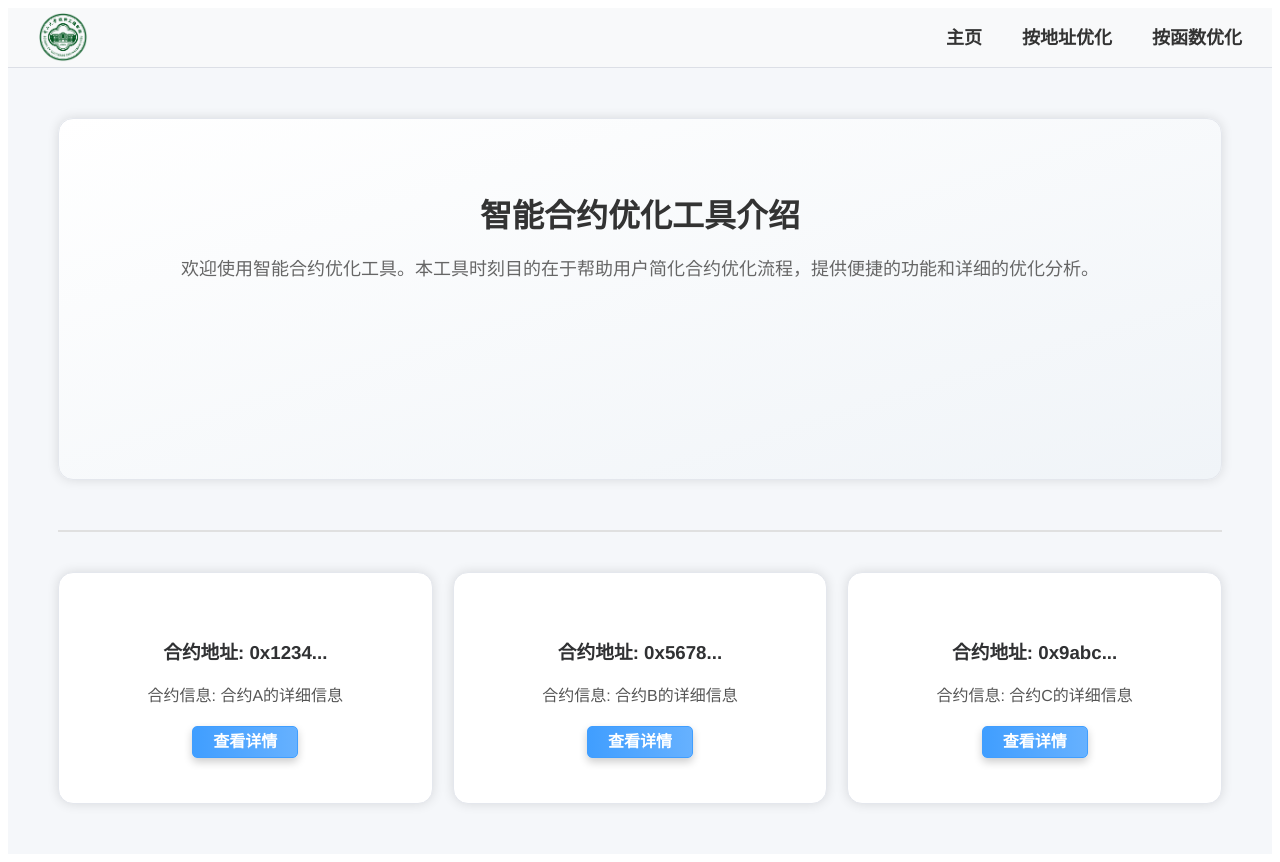
Repository: syckcoding/SmartHalo
Page: /
The author's editor kept a copy of each file at every save. The page is drawn from the files as they stood at one save, then again after the next save.
The browser window is 1280 px wide. The pictures show the whole page.
The project was rebuilt for these pictures with package versions that can differ from the ones it lists, and the page was loaded fresh each time. Also part of the build but not shown: vite.config.js, src/views/Detail.vue, src/components/AddressOptimization.vue, src/components/FunctionOptimization.vue.

Above is the page before, as saved 2024-10-06 10:17:05.

### src/main.js
import { createApp } from 'vue';
import App from './App.vue';
import router from './router';
import ElementPlus from 'element-plus';
import 'element-plus/dist/index.css';

createApp(App).use(router).use(ElementPlus).mount('#app');

### src/App.vue
<template>
  <div id="app">
    <Navbar />
    <router-view />
  </div>
</template>

<script>
import Navbar from './components/Navbar.vue';

export default {
  components: {
    Navbar,
  },
};
</script>

<style>
/* 样式设置 */
#app {
  font-family: Avenir, Helvetica, Arial, sans-serif;
  text-align: center;
  color: #2c3e50;
}
</style>

### src/router/index.js
import { createRouter, createWebHistory } from 'vue-router';
import Home from '../views/Home.vue';
import Detail from '../views/Detail.vue';
import AddressOptimization from '@/components/AddressOptimization.vue';
import FunctionOptimization from '@/components/FunctionOptimization.vue';

const routes = [
  { path: '/', name: 'Home', component: Home },
  { path: '/detail/:id', name: 'Detail', component: Detail, props: true },
  { path: '/address-optimization', name: 'AddressOptimization', component: AddressOptimization },
  { path: '/function-optimization', name: 'FunctionOptimization', component: FunctionOptimization },
];

const router = createRouter({
  history: createWebHistory(process.env.BASE_URL),
  routes,
});

export default router;

### src/components/Navbar.vue
<template>
  <el-menu :default-active="activeIndex" class="el-menu-demo" mode="horizontal" router>
    <el-menu-item index="0" class="logo-item">
      <img src="@/assets/intro-image.png" alt="工具LOGO" class="intro-logo" />
    </el-menu-item>
    <div class="menu-right">
      <el-menu-item index="1" @click="goToHome">主页</el-menu-item>
      <el-menu-item index="2" @click="goToAddressOptimization">按地址优化</el-menu-item>
      <el-menu-item index="3" @click="goToFunctionOptimization">按函数优化</el-menu-item>
    </div>
  </el-menu>
</template>

<script>
export default {
  data() {
    return {
      activeIndex: '1',
    };
  },
  methods: {
    goToHome() {
      this.activeIndex = '1';
      this.$router.push({ name: 'Home' });
    },
    goToAddressOptimization() {
      this.activeIndex = '2';
      this.$router.push({ name: 'AddressOptimization' });
    },
    goToFunctionOptimization() {
      this.activeIndex = '3';
      this.$router.push({ name: 'FunctionOptimization', params: { mode: 'function' } });
    },
  },
};
</script>

<style scoped>
.el-menu-demo {
  background-color: #f8f9fa;  /* 浅灰色背景，与主页阴影一致 */
  color: #333;
  padding: 10px;
  display: flex;  /* 使用Flex布局 */
  align-items: center;
  justify-content: space-between; /* 主轴两端对齐，使左侧logo与右侧菜单分别靠边 */
}

.logo-item {
  pointer-events: none;
}

.intro-logo {
  width: 50px;
  height: 50px;
  margin-right: 20px;
}

.el-menu-demo .el-menu-item {
  color: #333;
  font-size: 18px;
  font-weight: bold;
  padding: 0 20px;
  transition: color 0.3s ease;
}

.menu-right {
  display: flex;
}
</style>

### src/views/Home.vue
<template>
    <div>
      <HomePage />
    </div>
  </template>

  <script>
  import HomePage from '../components/HomePage.vue';

  export default {
    components: {
      HomePage,
    },
  };
  </script>

  <style scoped>
  /* 可根据需要添加样式 */
  </style>

### src/components/HomePage.vue
<!-- <template>
  <div class="home">
    <el-row :gutter="20" class="intro-section">
      <el-col :span="24">
        <el-card class="intro-card">
          <h1 class="intro-title">智能合约优化工具介绍</h1>
          <p class="intro-description">欢迎使用智能合约优化工具。本工具旨在帮助用户简化合约优化流程，提供便捷的功能和详细的优化分析。</p>
        </el-card>
      </el-col>
    </el-row>

    <div class="divider"></div>

    <el-row :gutter="20" class="contracts">
      <el-col :span="8" v-for="contract in contracts" :key="contract.id">
        <el-card class="box-card">
          <div class="card-header">
            <h3>合约地址: {{ contract.address }}</h3>
          </div>
          <div class="card-content">
            <p>合约信息: {{ contract.info }}</p>
          </div>
          <div class="card-actions center-button">
            <el-button type="primary" @click="viewDetails(contract.id)" class="details-button">
              <i class="el-icon-search"></i> 查看详情
            </el-button>
          </div>
        </el-card>
      </el-col>
    </el-row>
  </div>
</template>

<script>
export default {
  data() {
    return {
      contracts: [
        { id: 1, address: '0x1234...', info: '合约A的详细信息' },
        { id: 2, address: '0x5678...', info: '合约B的详细信息' },
        { id: 3, address: '0x9abc...', info: '合约C的详细信息' },
      ],
    };
  },
  methods: {
    viewDetails(contractId) {
      this.$router.push({ name: 'Detail', params: { id: contractId } });
    },
  },
};
</script>

<style scoped>
.home {
  padding: 50px;
  background-color: #f5f7fa; /* 柔和的浅灰色背景，减少视觉疲劳 */
}
.intro-section {
  margin-bottom: 50px;
}
.intro-card {
  padding: 30px;
  min-height: 300px;
  background: linear-gradient(to bottom right, #ffffff, #f0f4f8); /* 添加背景渐变，使卡片更具视觉吸引力 */
  border-radius: 15px; /* 增加圆角，使卡片更柔和 */
  box-shadow: 0 6px 12px rgba(0, 0, 0, 0.1); /* 加深阴影，突出卡片效果 */
}
.intro-title {
  font-size: 32px;
  font-weight: bold;
  color: #333;
  margin-bottom: 15px;
}
.intro-description {
  font-size: 18px;
  color: #666;
}
.intro-features {
  margin-top: 20px;
  padding-left: 20px;
  font-size: 16px;
  color: #666;
}
.intro-features li {
  margin-bottom: 10px;
}
.divider {
  height: 2px;
  background-color: #e0e0e0;
  margin: 40px 0; /* 增加顶部和底部间距，分隔引导和合约部分 */
}
.contracts {
  margin-top: 40px;
}
.box-card {
  padding: 25px;
  background-color: #ffffff;
  border-radius: 15px;
  box-shadow: 0 6px 12px rgba(0, 0, 0, 0.1);
  transition: transform 0.3s ease, box-shadow 0.3s ease; /* 添加阴影和位置变化的过渡效果 */
}
.box-card:hover {
  transform: translateY(-8px);
  box-shadow: 0 12px 24px rgba(0, 0, 0, 0.15); /* 悬停时增加阴影，提升卡片的层次感 */
}
.card-header {
  margin-bottom: 15px;
}
.card-content {
  font-size: 16px;
  color: #555;
  margin-bottom: 20px;
}
.card-actions {
  text-align: center;
  display: flex;
  justify-content: center;
  align-items: center;
}
.center-button {
  margin-top: 20px;
}
.details-button {
  background: linear-gradient(to right, #409eff, #66b1ff); /* 添加渐变背景，使按钮更显眼 */
  border-color: #409eff;
  color: #ffffff;
  padding: 10px 20px;
  font-size: 16px;
  font-weight: bold;
  border-radius: 5px;
  box-shadow: 0 4px 8px rgba(0, 0, 0, 0.2); /* 添加轻微的发光效果，突出按钮 */
}
.details-button:hover {
  background: linear-gradient(to right, #66b1ff, #409eff); /* 悬停时反向渐变，增强交互感 */
  border-color: #66b1ff;
}
</style> -->

<template>
  <div class="home">
    <el-row :gutter="20" class="intro-section">
      <el-col :span="24">
        <el-card class="intro-card">
          <h1 class="intro-title">智能合约优化工具介绍</h1>
          <p class="intro-description">欢迎使用智能合约优化工具。本工具时刻目的在于帮助用户简化合约优化流程，提供便捷的功能和详细的优化分析。</p>
        </el-card>
      </el-col>
    </el-row>

    <div class="divider"></div>

    <el-row :gutter="20" class="contracts">
      <el-col :span="8" v-for="contract in contracts" :key="contract.id">
        <el-card class="box-card">
          <div class="card-header">
            <h3>合约地址: {{ contract.address }}</h3>
          </div>
          <div class="card-content">
            <p>合约信息: {{ contract.info }}</p>
          </div>
          <div class="card-actions center-button">
            <el-button type="primary" @click="viewDetails(contract.id)" class="details-button">
              <i class="el-icon-search"></i> 查看详情
            </el-button>
          </div>
        </el-card>
      </el-col>
    </el-row>
  </div>
</template>

<script>
export default {
  data() {
    return {
      contracts: [
        { id: 1, address: '0x1234...', info: '合约A的详细信息' },
        { id: 2, address: '0x5678...', info: '合约B的详细信息' },
        { id: 3, address: '0x9abc...', info: '合约C的详细信息' },
      ],
    };
  },
  methods: {
    viewDetails(contractId) {
      this.$router.push({ name: 'Detail', params: { id: contractId } });
    },
  },
};
</script>

<style scoped>
.home {
  padding: 50px;
  background-color: #f5f7fa; /* 柔和的浅灰色背景，减少视觉疲劳 */
}
.intro-section {
  margin-bottom: 50px;
}
.intro-card {
  padding: 30px;
  min-height: 300px;
  background: linear-gradient(to bottom right, #ffffff, #f0f4f8); /* 添加背景渐变，使卡片更具视觉吸引力 */
  border-radius: 15px; /* 增加圆角，使卡片更柔和 */
  box-shadow: 0 6px 12px rgba(0, 0, 0, 0.1); /* 加深阴影，突出卡片效果 */
}
.intro-title {
  font-size: 32px;
  font-weight: bold;
  color: #333;
  margin-bottom: 15px;
}
.intro-description {
  font-size: 18px;
  color: #666;
}
.intro-features {
  margin-top: 20px;
  padding-left: 20px;
  font-size: 16px;
  color: #666;
}
.intro-features li {
  margin-bottom: 10px;
}
.divider {
  height: 2px;
  background-color: #e0e0e0;
  margin: 40px 0; /* 增加顶部和底部间距，分隔引导和合约部分 */
}
.contracts {
  margin-top: 40px;
}
.box-card {
  padding: 25px;
  background-color: #ffffff;
  border-radius: 15px;
  box-shadow: 0 6px 12px rgba(0, 0, 0, 0.1);
  transition: transform 0.3s ease, box-shadow 0.3s ease; /* 添加阴影和位置变化的过渡效果 */
}
.box-card:hover {
  transform: translateY(-8px);
  box-shadow: 0 12px 24px rgba(0, 0, 0, 0.15); /* 悬浮时增加阴影，提升卡片的层次感 */
}
.card-header {
  margin-bottom: 15px;
}
.card-content {
  font-size: 16px;
  color: #555;
  margin-bottom: 20px;
}
.card-actions {
  text-align: center;
  display: flex;
  justify-content: center;
  align-items: center;
}
.center-button {
  margin-top: 20px;
}
.details-button {
  background: linear-gradient(to right, #409eff, #66b1ff); /* 添加渐变背景，使按钮更显眼 */
  border-color: #409eff;
  color: #ffffff;
  padding: 10px 20px;
  font-size: 16px;
  font-weight: bold;
  border-radius: 5px;
  box-shadow: 0 4px 8px rgba(0, 0, 0, 0.2); /* 添加轻微的发光效果，突出按钮 */
}
.details-button:hover {
  background: linear-gradient(to right, #66b1ff, #409eff); /* 悬浮时反向渐变，增强交互感 */
  border-color: #66b1ff;
}
</style>

Loaded but not shown: index.html (common file)

After the next save:
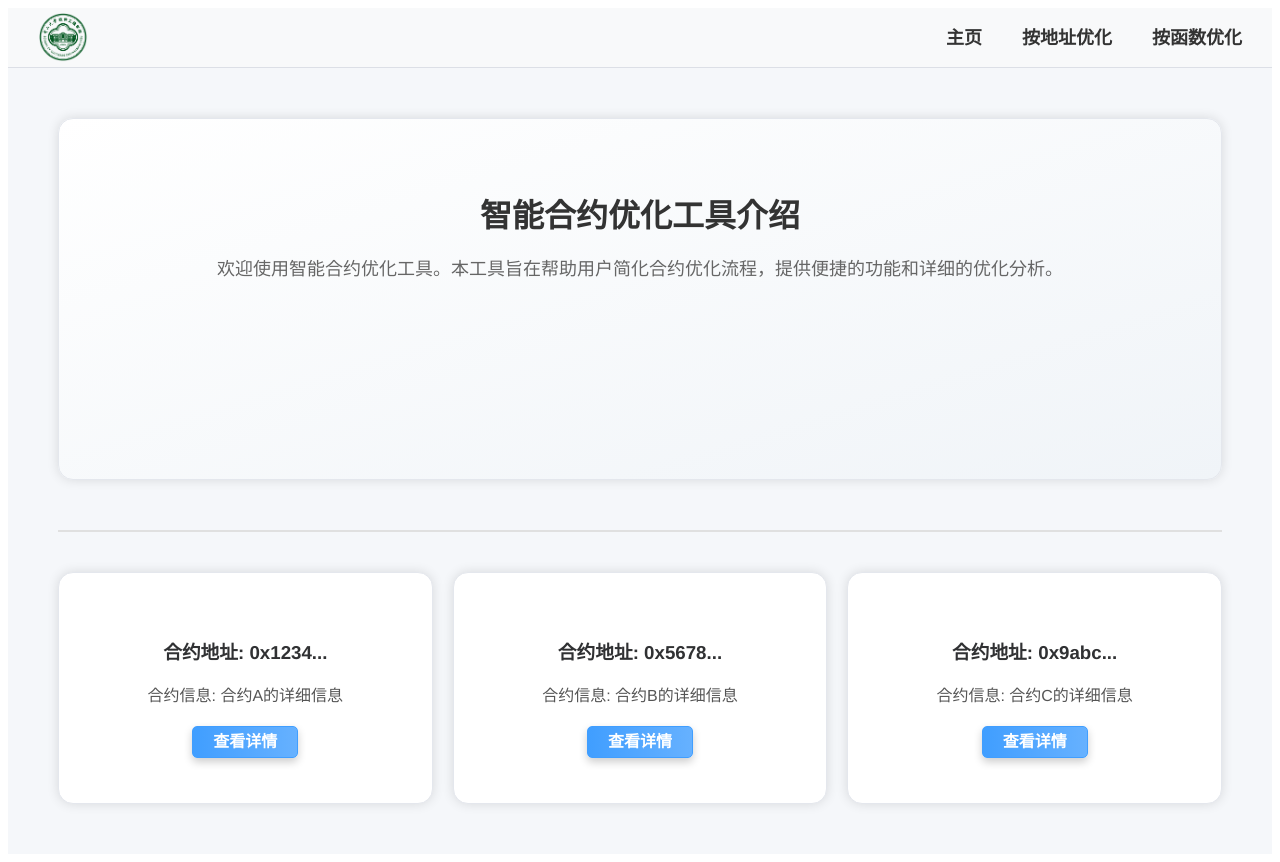
Saved 4 s later.
--- a/src/components/HomePage.vue
+++ b/src/components/HomePage.vue
@@ -1,4 +1,4 @@
-<!-- <template>
+<template>
   <div class="home">
     <el-row :gutter="20" class="intro-section">
       <el-col :span="24">
@@ -134,142 +134,4 @@ export default {
   background: linear-gradient(to right, #66b1ff, #409eff); /* 悬停时反向渐变，增强交互感 */
   border-color: #66b1ff;
 }
-</style> -->
-
-<template>
-  <div class="home">
-    <el-row :gutter="20" class="intro-section">
-      <el-col :span="24">
-        <el-card class="intro-card">
-          <h1 class="intro-title">智能合约优化工具介绍</h1>
-          <p class="intro-description">欢迎使用智能合约优化工具。本工具时刻目的在于帮助用户简化合约优化流程，提供便捷的功能和详细的优化分析。</p>
-        </el-card>
-      </el-col>
-    </el-row>
-
-    <div class="divider"></div>
-
-    <el-row :gutter="20" class="contracts">
-      <el-col :span="8" v-for="contract in contracts" :key="contract.id">
-        <el-card class="box-card">
-          <div class="card-header">
-            <h3>合约地址: {{ contract.address }}</h3>
-          </div>
-          <div class="card-content">
-            <p>合约信息: {{ contract.info }}</p>
-          </div>
-          <div class="card-actions center-button">
-            <el-button type="primary" @click="viewDetails(contract.id)" class="details-button">
-              <i class="el-icon-search"></i> 查看详情
-            </el-button>
-          </div>
-        </el-card>
-      </el-col>
-    </el-row>
-  </div>
-</template>
-
-<script>
-export default {
-  data() {
-    return {
-      contracts: [
-        { id: 1, address: '0x1234...', info: '合约A的详细信息' },
-        { id: 2, address: '0x5678...', info: '合约B的详细信息' },
-        { id: 3, address: '0x9abc...', info: '合约C的详细信息' },
-      ],
-    };
-  },
-  methods: {
-    viewDetails(contractId) {
-      this.$router.push({ name: 'Detail', params: { id: contractId } });
-    },
-  },
-};
-</script>
-
-<style scoped>
-.home {
-  padding: 50px;
-  background-color: #f5f7fa; /* 柔和的浅灰色背景，减少视觉疲劳 */
-}
-.intro-section {
-  margin-bottom: 50px;
-}
-.intro-card {
-  padding: 30px;
-  min-height: 300px;
-  background: linear-gradient(to bottom right, #ffffff, #f0f4f8); /* 添加背景渐变，使卡片更具视觉吸引力 */
-  border-radius: 15px; /* 增加圆角，使卡片更柔和 */
-  box-shadow: 0 6px 12px rgba(0, 0, 0, 0.1); /* 加深阴影，突出卡片效果 */
-}
-.intro-title {
-  font-size: 32px;
-  font-weight: bold;
-  color: #333;
-  margin-bottom: 15px;
-}
-.intro-description {
-  font-size: 18px;
-  color: #666;
-}
-.intro-features {
-  margin-top: 20px;
-  padding-left: 20px;
-  font-size: 16px;
-  color: #666;
-}
-.intro-features li {
-  margin-bottom: 10px;
-}
-.divider {
-  height: 2px;
-  background-color: #e0e0e0;
-  margin: 40px 0; /* 增加顶部和底部间距，分隔引导和合约部分 */
-}
-.contracts {
-  margin-top: 40px;
-}
-.box-card {
-  padding: 25px;
-  background-color: #ffffff;
-  border-radius: 15px;
-  box-shadow: 0 6px 12px rgba(0, 0, 0, 0.1);
-  transition: transform 0.3s ease, box-shadow 0.3s ease; /* 添加阴影和位置变化的过渡效果 */
-}
-.box-card:hover {
-  transform: translateY(-8px);
-  box-shadow: 0 12px 24px rgba(0, 0, 0, 0.15); /* 悬浮时增加阴影，提升卡片的层次感 */
-}
-.card-header {
-  margin-bottom: 15px;
-}
-.card-content {
-  font-size: 16px;
-  color: #555;
-  margin-bottom: 20px;
-}
-.card-actions {
-  text-align: center;
-  display: flex;
-  justify-content: center;
-  align-items: center;
-}
-.center-button {
-  margin-top: 20px;
-}
-.details-button {
-  background: linear-gradient(to right, #409eff, #66b1ff); /* 添加渐变背景，使按钮更显眼 */
-  border-color: #409eff;
-  color: #ffffff;
-  padding: 10px 20px;
-  font-size: 16px;
-  font-weight: bold;
-  border-radius: 5px;
-  box-shadow: 0 4px 8px rgba(0, 0, 0, 0.2); /* 添加轻微的发光效果，突出按钮 */
-}
-.details-button:hover {
-  background: linear-gradient(to right, #66b1ff, #409eff); /* 悬浮时反向渐变，增强交互感 */
-  border-color: #66b1ff;
-}
 </style>
